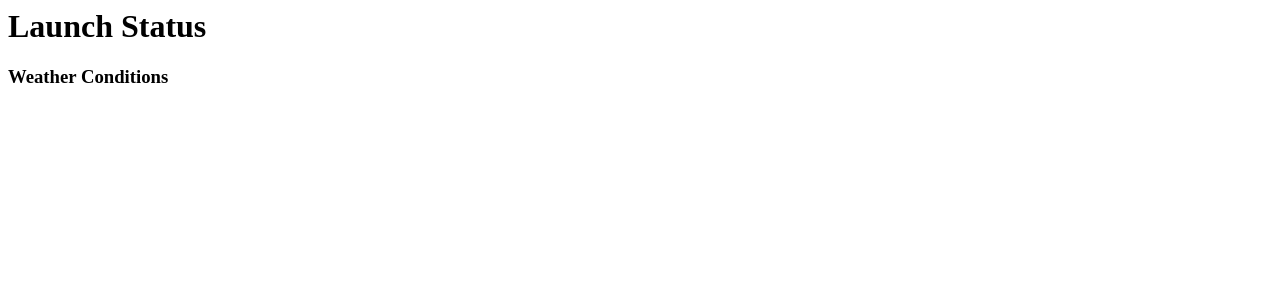
Repository: JohnRudolph1/Events-JSON
Page: index.html
An editor plug-in stored every save of this project. The page is shown before and after the next save, followed by the edit.
The browser window is 1280 px wide. The pictures show the whole page.
The page's requests for data from a server got no answer.

Above is the page before, as saved 2022-01-10 09:03:03.

After the next save:
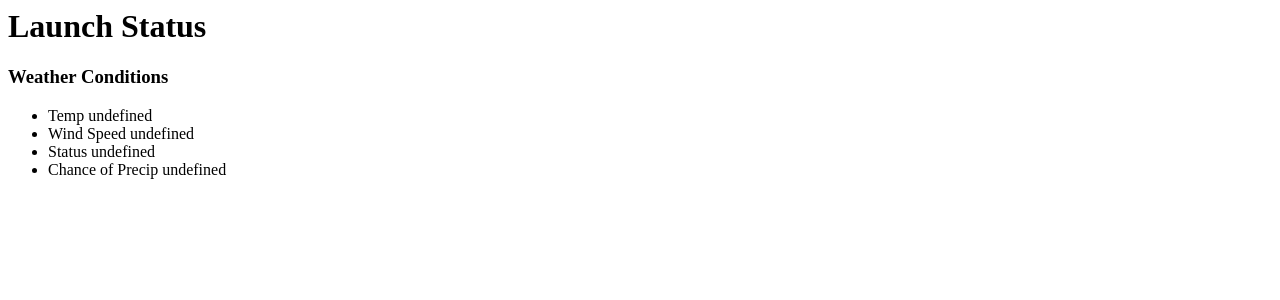
Saved 9 s later.
--- a/index.html
+++ b/index.html
@@ -3,7 +3,7 @@
       <title>Launch Status</title>
       <script>
          window.addEventListener("load", function() {
-            fetch("https://handlers.education.launchcode.org/static/weather.json").then( function(response) {
+            fetch("json.js").then( function(response) {
                response.json().then( function(json) {
                   const div = document.getElementById("weather-conditions");
                   // Add HTML that includes the JSON data
